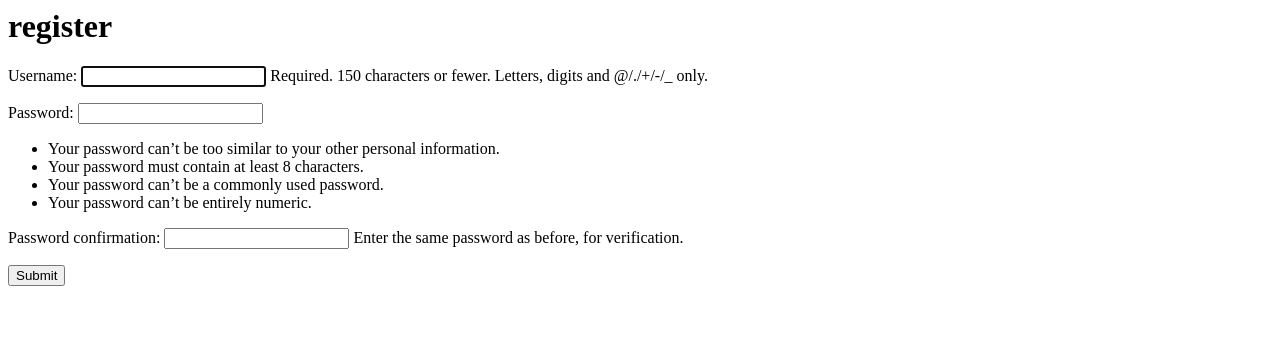
Repository: Abdaljawad-Aya/login-register-auth-validation-Django
Page: http://localhost/register/
An editor plug-in stored every save of this project. The page is shown before and after the next save, followed by the edit.
The browser window is 1280 px wide. The pictures show the whole page.
The page is served by the project's application, run on Django 3.2 (project8/manage.py).

Above is the page before, as saved 2021-03-11 19:23:04.

After the next save:
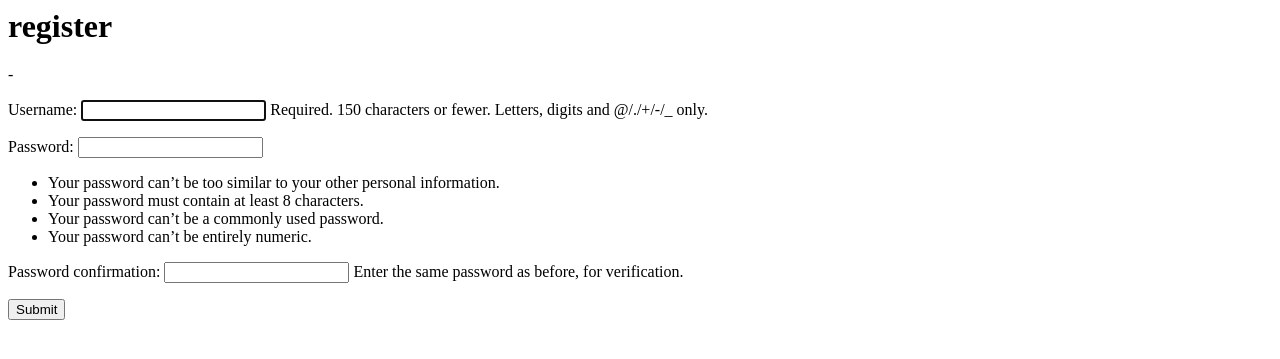
Saved 26 s later.
--- a/project8/project8/templates/register.html
+++ b/project8/project8/templates/register.html
@@ -2,7 +2,7 @@
 
 
 <form method="POST" action>
-
+-   {% csrf_token %}
    {{ form.as_p }}
      <input type="submit" name="Create User">
 </form>
